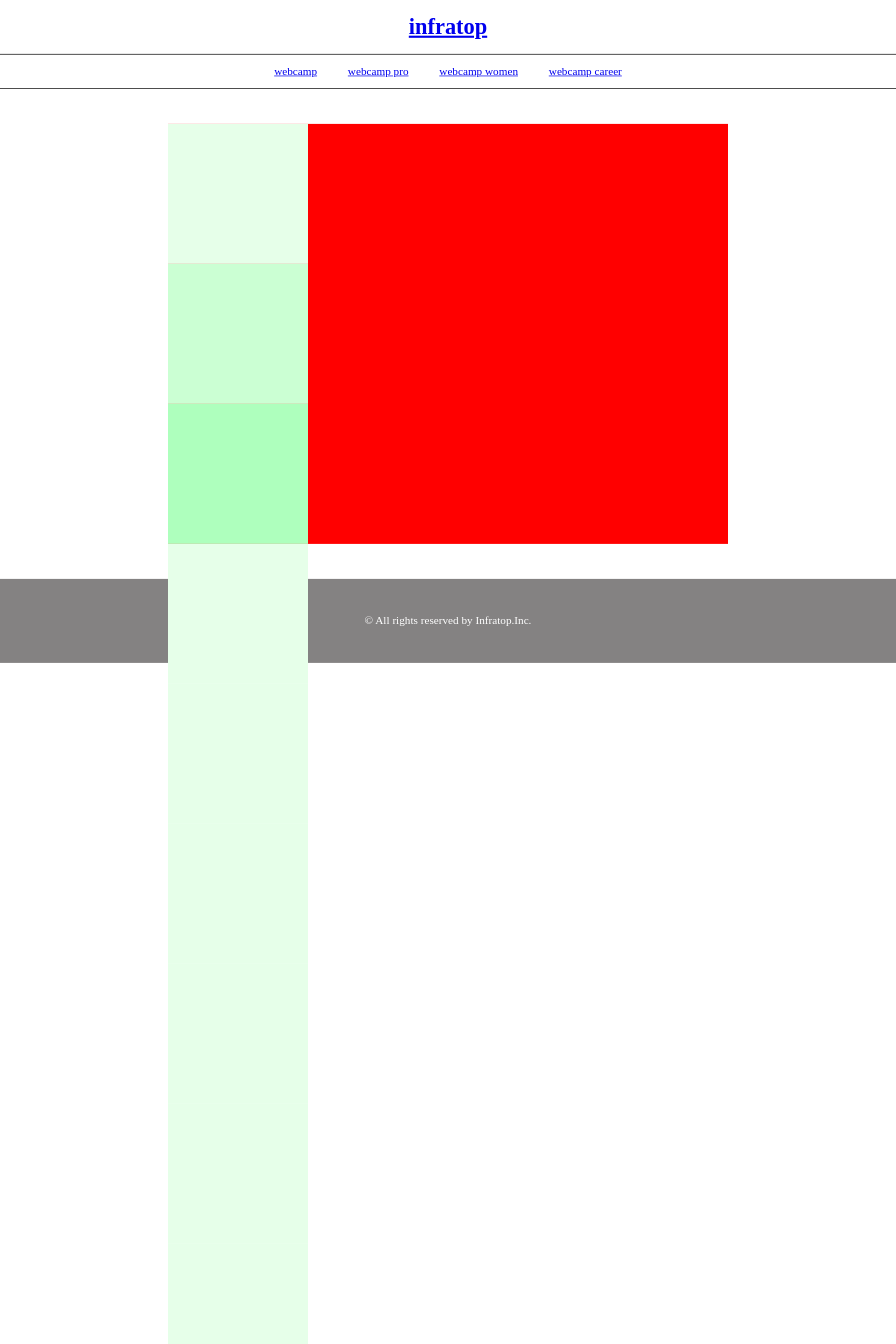
Repository: CarAll02/git-practice
Page: chapter5_exercise/index.html
The author's editor kept a record of every edit. The page is drawn from the files as they stood at one moment, then again after the next edit.
The browser window is 1280 px wide. The pictures show the part of the page from y = 0 to 1920 px (the page is 2577 px tall), at 70% of full size.

Above is the page before.

### chapter5_exercise/index.html
<!DOCTYPE html>
<html lang="ja">
  <head>
    <meta charset="UTF-8"/>
    <link rel="stylesheet" href="style.css"/>
    <title>chapter5_exercise</title>
  </head>

  <body>
    <!--header-->
    <header>
      <h1 class="heading">
        <a href="index.html">
          infratop
        </a>
      </h1>
    </header>

    <!--navigation-->
    <nav>
      <ul class="nav-list">
        <li class="nav-list-item">
          <a href="index.html">webcamp</a>
        </li>
        <li class="nav-list-item">
          <a href="index.html">webcamp pro</a>
        </li>
        <li class="nav-list-item">
          <a href="index.html">webcamp women</a>
        </li>
        <li class="nav-list-item">
          <a href="index.html">webcamp career</a>
        </li>
      </ul>
    </nav>

    <!--main用のdiv-->
    <div class="main">
      <div class="box">
        <div class="green1"></div>
        <div class="green2"></div>
        <div class="green3"></div>
        <div class="green4"></div>
        <div class="yellow1"></div>
        <div class="yellow2"></div>
        <div class="yellow3"></div>
        <div class="yellow4"></div>
        <div class="blue1"></div>
        <div class="blue2"></div>
        <div class="blue3"></div>
        <div class="blue4"></div>
      </div>
    </div>

    <!--footer-->
    <footer>
      <p class="footer-text">© All rights reserved by Infratop.Inc.</p>
    </footer>
  </body>
</html>

### chapter5_exercise/style.css
/*ブラウザがそれぞれ持っているCSSをリセットするための記述*/
* {
  margin:0;
  padding:0;
  box-sizing:border-box;
}

header{
  width:90%;
  padding:20px 0;
  margin:0 auto;
  text-align: center;
}

.nav-list{
  text-align: center;
  padding:15px 0;
  margin:0 auto;
  border:solid black;
  border-top-width: 1px;
  border-bottom-width: 1px;
  border-left-width:0px;
  border-right-width: 0px;
}

.nav-list-item{
  list-style: none;
  display: inline-block;
  margin:0 20px;
}

.main{
  width: 100%;
  height: 700px;
  display:flex;/*Flexboxの利用*/
  justify-content:center;/*子要素の横並び・中央寄せ*/
  padding:50px 0;
  margin:0 auto;/*中央寄せ（左右に余白が無いと出来ない)*/
}

.box{
  width: 800px;
  height: 600px;
  background-color: red;
}

.green1{
  width:200px;
  height: 200px;
  background-color: #e6ffe9;
}

.green2{
  width:200px;
  height: 200px;
  background-color: #cbffd3;
}

.green3{
  width:200px;
  height: 200px;
  background-color: #aeffbd;
}

.green4{
  width:200px;
  height: 200px;
  background-color: #e6ffe9;
}

.yellow1{
  width:200px;
  height: 200px;
  background-color: #e6ffe9;
}

.yellow2{
  width:200px;
  height: 200px;
  background-color: #e6ffe9;
}

.yellow3{
  width:200px;
  height: 200px;
  background-color: #e6ffe9;
}

.yellow4{
  width:200px;
  height: 200px;
  background-color: #e6ffe9;
}

.blue1{
  width:200px;
  height: 200px;
  background-color: #e6ffe9;
}

.blue2{
  width:200px;
  height: 200px;
  background-color: #e6ffe9;
}

.blue3{
  width:200px;
  height: 200px;
  background-color: #e6ffe9;
}

.blue4{
  width:200px;
  height: 200px;
  background-color: #e6ffe9;
}

footer{
  width:100%;
  height:120px;
  text-align: center;
  line-height: 120px;
  background-color: #848282;
}

.footer-text{
  color:#fff;
}

After the next edit:
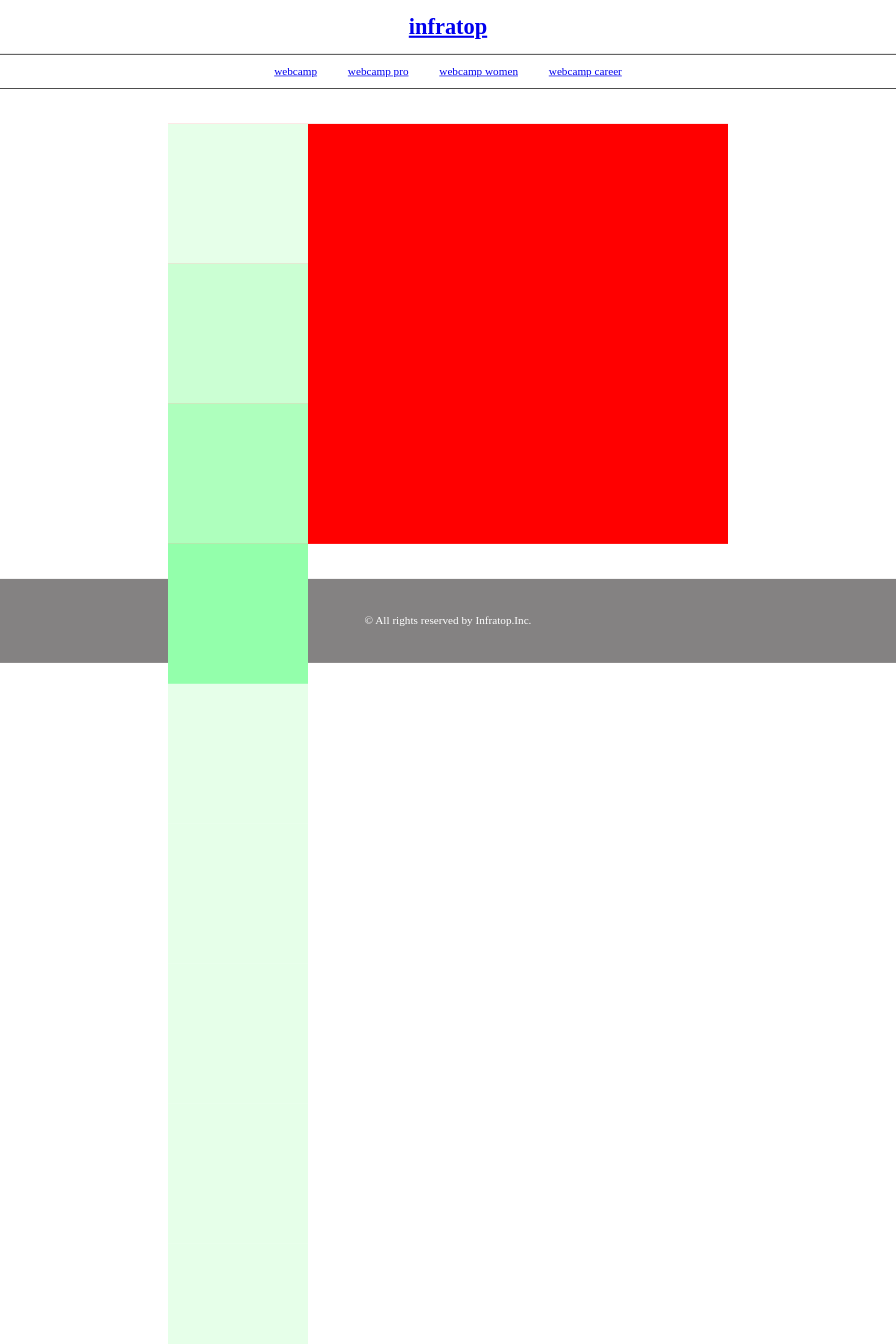
The edit:
--- a/chapter5_exercise/style.css
+++ b/chapter5_exercise/style.css
@@ -65,7 +65,7 @@
 .green4{
   width:200px;
   height: 200px;
-  background-color: #e6ffe9;
+  background-color: #93ffab;
 }
 
 .yellow1{
